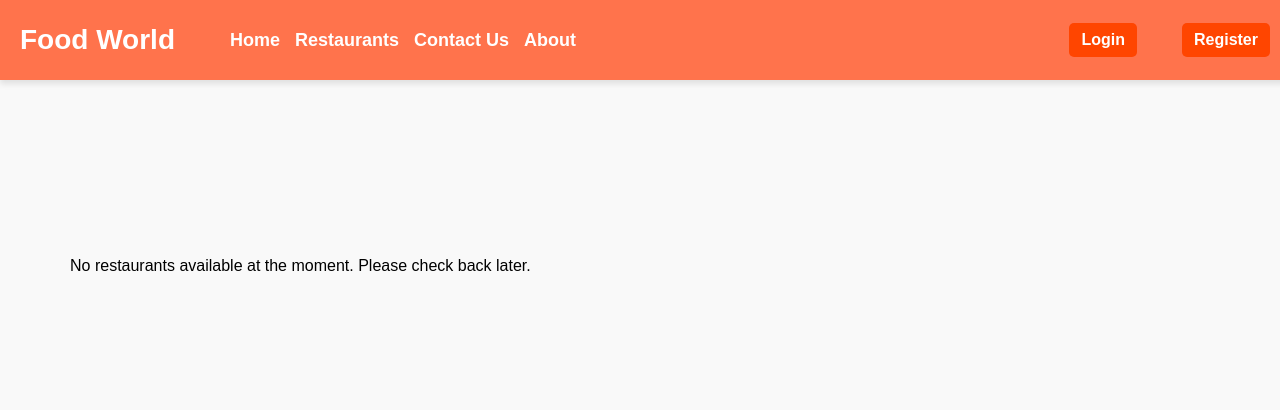
Repository: Sujith-B-S/Food-Application
Page: http://localhost/FoodApplication/home.jsp
These files come from the project's save history. The page is drawn as it stood at one moment and after the next save; the edit follows.
The browser window is 1280 px wide. The pictures show the whole page.
Some web fonts or font styles are not loaded; a fallback is used. The page is served by Tomcat 9.

Above is the page before, as saved 2024-11-20 04:54:31.

After the next save:
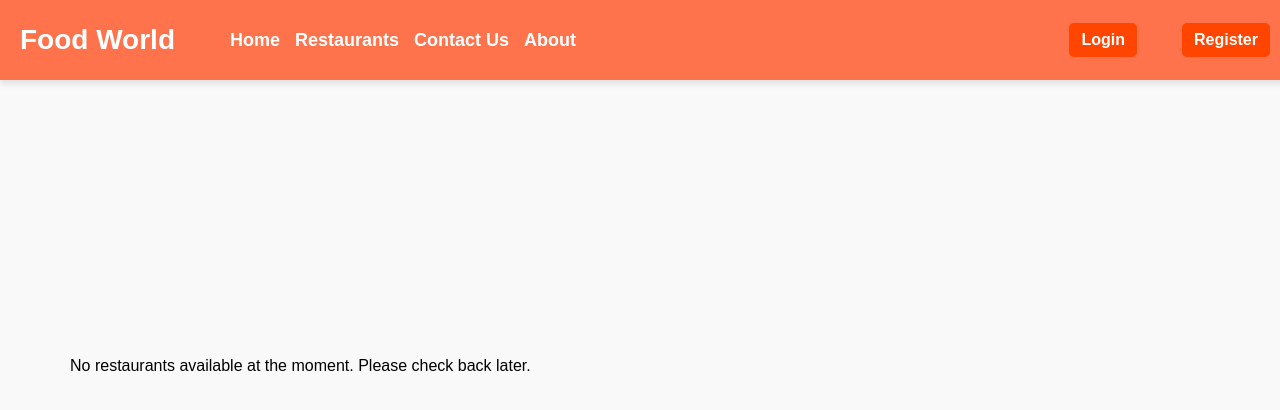
Saved 9 s later.
--- a/FoodApplication/src/main/webapp/home.jsp
+++ b/FoodApplication/src/main/webapp/home.jsp
@@ -131,7 +131,7 @@
 
         .container {
         	margin:50px;
-            margin-top: 200px;
+            margin-top:300px;
             display: grid;
             grid-template-columns: repeat(auto-fit, minmax(250px, 1fr));
             gap: 50px;
